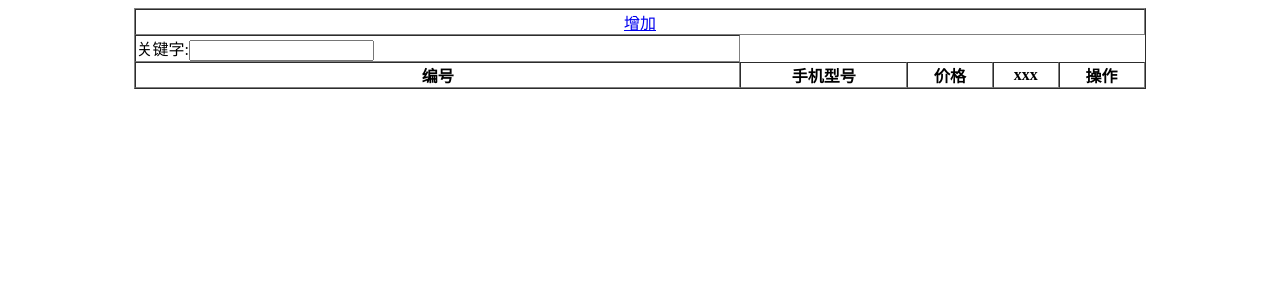
Repository: qyl1006/JavaCode
Page: http://localhost/task02/product
An editor plug-in stored every save of this project. The page is shown before and after the next save, followed by the edit.
The browser window is 1280 px wide. The pictures show the whole page.
The page is served by Tomcat 9. Queries for data that is not in the repository find no rows.

Above is the page before, as saved 2018-03-15 04:40:32.

After the next save:
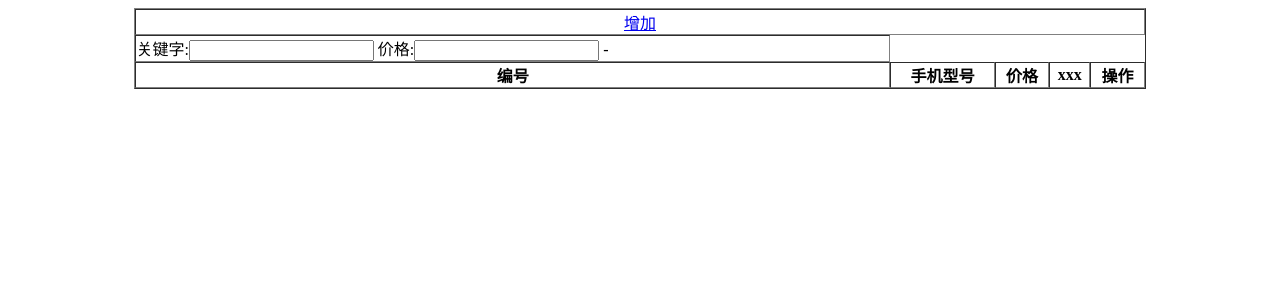
Saved 55 s later.
--- a/workspace/task02/webapp/WEB-INF/views/product/list.jsp
+++ b/workspace/task02/webapp/WEB-INF/views/product/list.jsp
@@ -19,6 +19,7 @@
 		<tr>
 			<td>
 				关键字:<input type="text" name="keyWord" value="${qo.keyWord}"/>
+				价格:<input type="number" name="minPrice" valus="${qo.minPrice}"/> -
 			</td>
 		</tr>
 		<tr align="center">
